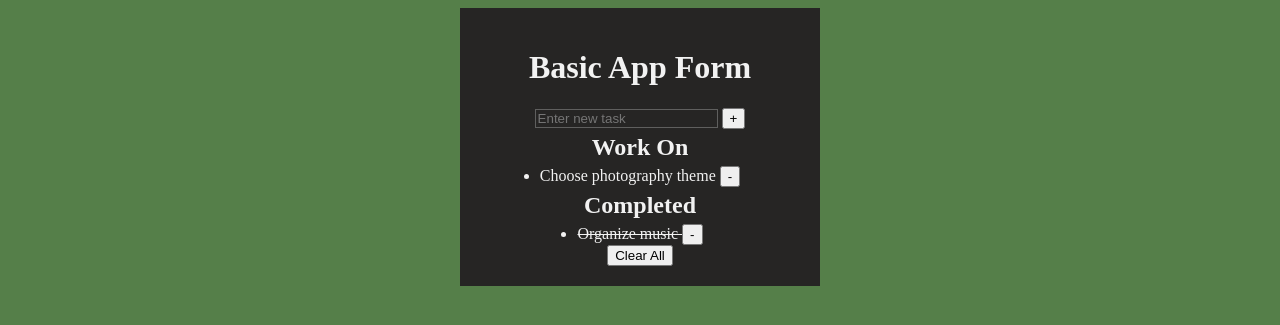
Repository: Kayla-amr/dgm_3760
Page: todoTemplate-W2/index.html
An editor plug-in stored every save of this project. The page is shown before and after a run of saves, followed by the edit.
The browser window is 1280 px wide. The pictures show the whole page.

Above is the page before, as saved 2022-11-01 15:26:22.

After the next 3 saves:
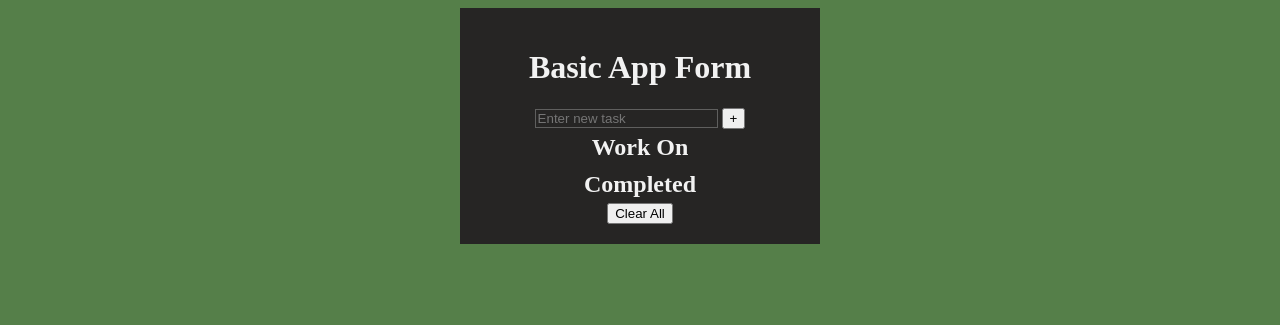
Console error: TypeError: Cannot read properties of null (reading 'getElementsByTagName')
The 3 saves are shown as one change because they came seconds apart.
The last was saved 6 days later.
--- a/todoTemplate-W2/index.js
+++ b/todoTemplate-W2/index.js
@@ -84,6 +84,15 @@ function deleteComplete() {
 	})
 }
 
+function remaining(){
+    let listContainer = document.getElementById("todoList").getElementsByTagName('li').length;
+
+    numberLeft = document.getElementById('leftToDo')
+
+    numberLeft.textContent = `You have ${listContainer} remaining items left to be completed`
+}
+
+remaining()
 
 //for complete and delete event listeners you will need to listen for events on the UL
 
